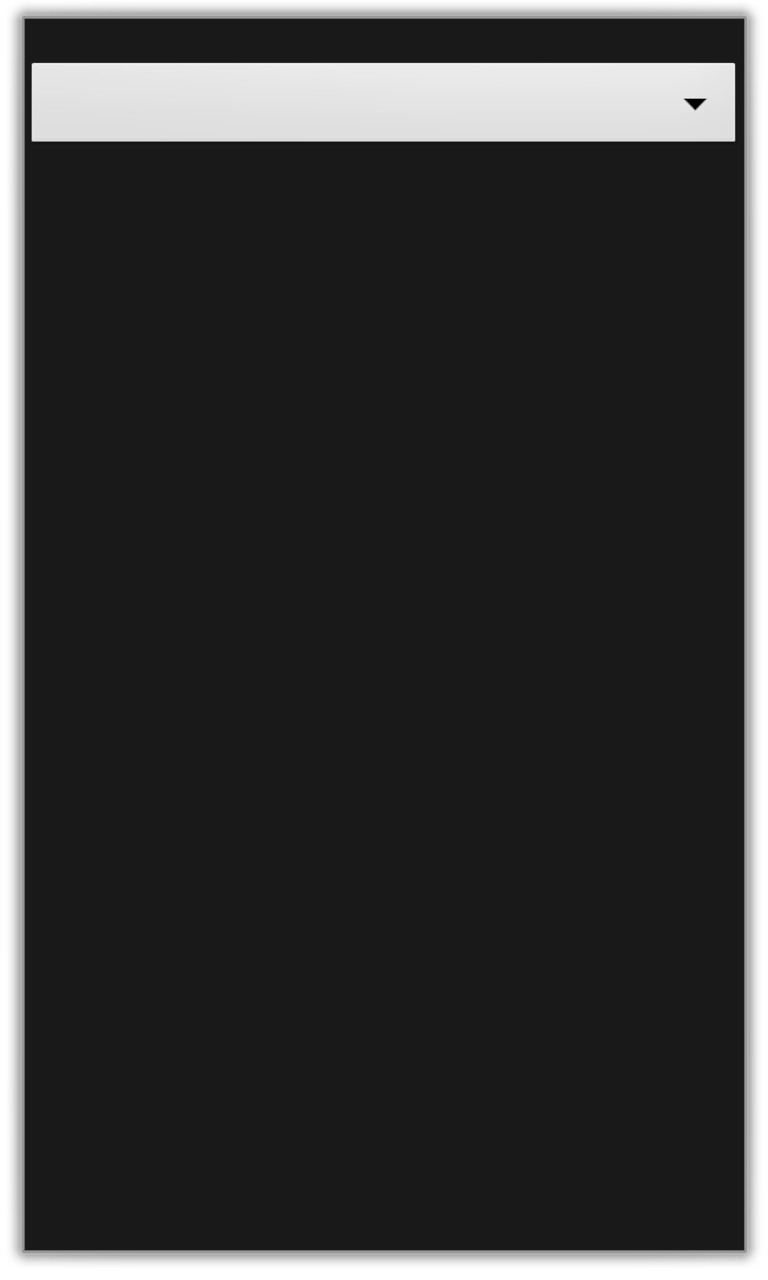
Repository: rickydalziel/project
Layout: Numbersorter/res/layout/new_game_dialog.xml
The author's editor kept a copy of each file at every save. The layout is drawn from the files as they stood at one save, then again after the next save.
It is drawn on a 768 x 1280 px phone screen (xhdpi) without system bars, with theme android:Theme.Dialog; the app's code is not run.

Above is the layout before, as saved 2013-02-05 11:31:08.

After the next save:
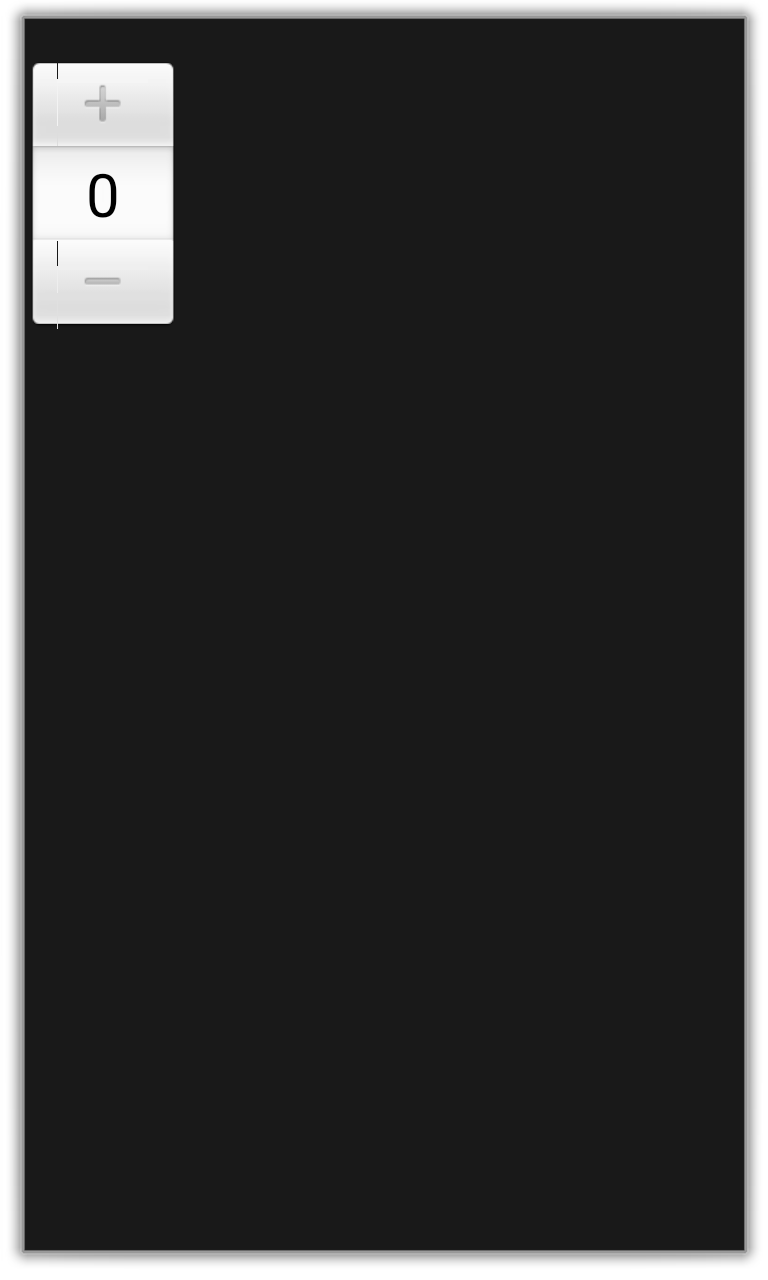
Saved 8 days later.
--- a/Numbersorter/res/layout/new_game_dialog.xml
+++ b/Numbersorter/res/layout/new_game_dialog.xml
@@ -11,10 +11,9 @@
 	    android:layout_width="fill_parent"
 	  	android:layout_height="wrap_content" />
 
-	 <Spinner
-	    android:id="@+id/spinner"
-	    android:layout_width="fill_parent"
-	  	android:layout_height="wrap_content"
-	  	android:drawSelectorOnTop="true" />
+	<NumberPicker android:id="@+id/np"
+	   android:layout_width="wrap_content"
+	   android:layout_height="wrap_content"
+	   android:width="100dip"/>
 
 </LinearLayout>

After the save that followed:
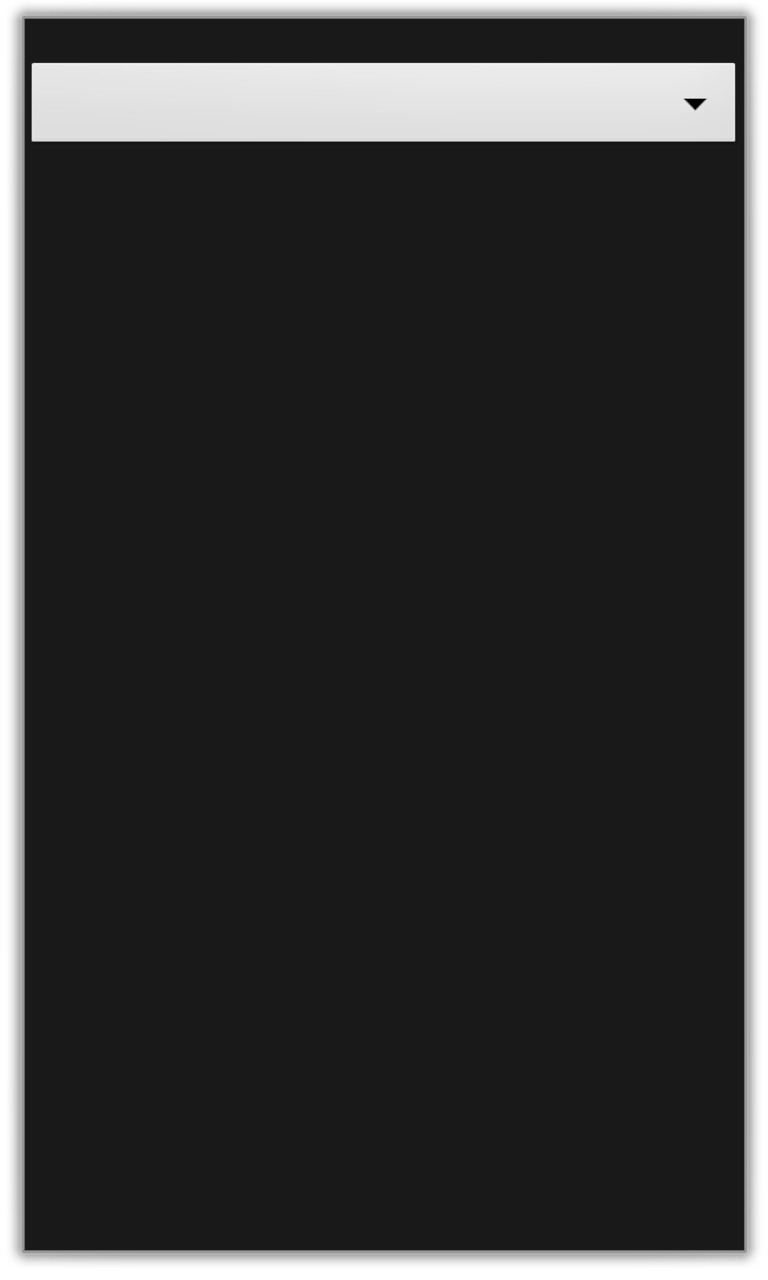
Saved 2 min 15 s later.
--- a/Numbersorter/res/layout/new_game_dialog.xml
+++ b/Numbersorter/res/layout/new_game_dialog.xml
@@ -11,9 +11,10 @@
 	    android:layout_width="fill_parent"
 	  	android:layout_height="wrap_content" />
 
-	<NumberPicker android:id="@+id/np"
-	   android:layout_width="wrap_content"
-	   android:layout_height="wrap_content"
-	   android:width="100dip"/>
+	 <Spinner
+	    android:id="@+id/spinner"
+	    android:layout_width="fill_parent"
+	  	android:layout_height="wrap_content"
+	  	android:drawSelectorOnTop="true" />
 
 </LinearLayout>
